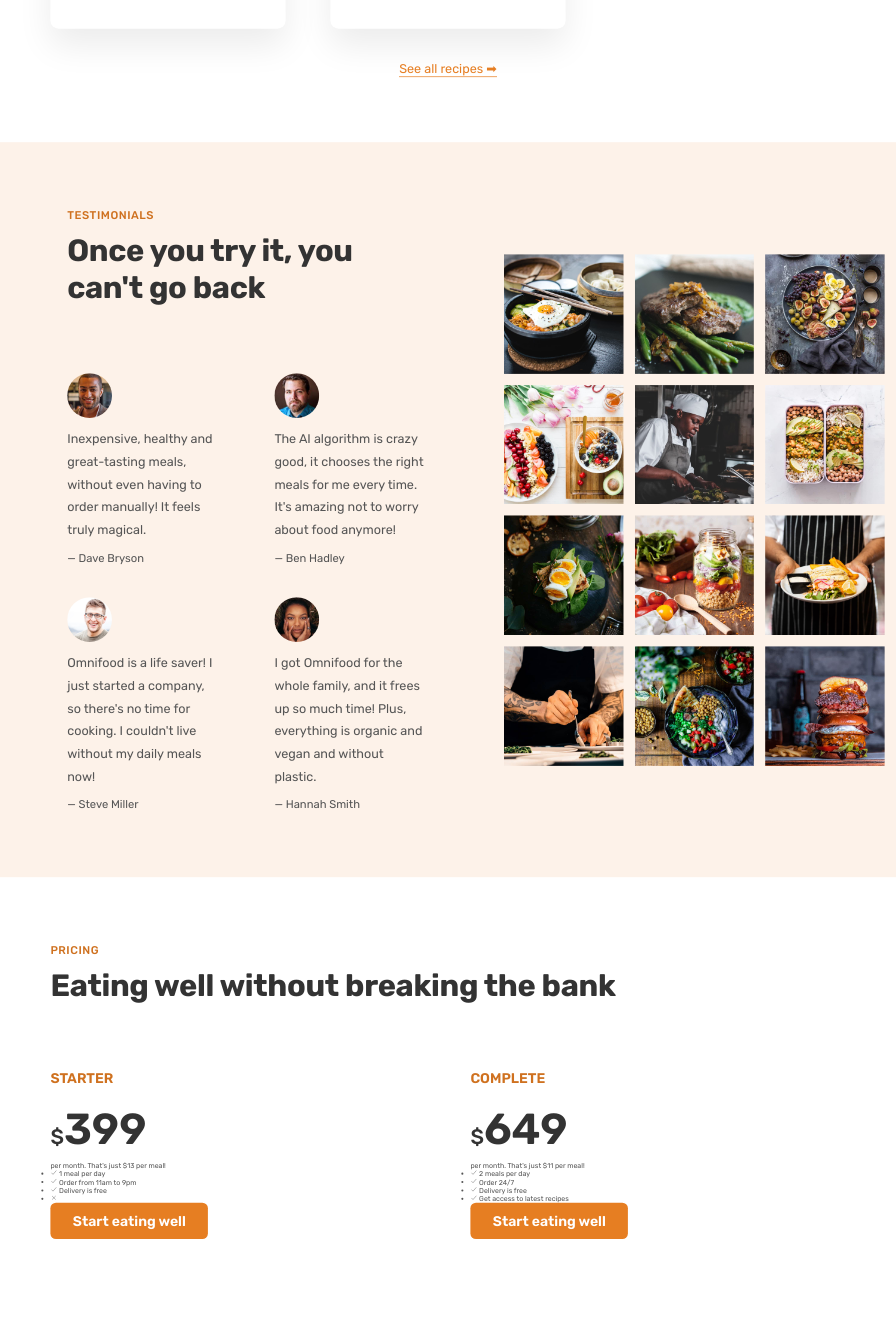
Repository: TranPhucThinh/Omnifood
Page: index.html
An editor plug-in stored every save of this project. The page is shown before and after the next save, followed by the edit.
The browser window is 1280 px wide. The pictures show the part of the page from y = 3393 to 5313 px (the page is 5307 px tall before and 5313 px after), at 70% of full size.

Above is the page before, as saved 2022-08-06 22:51:00.

After the next save:
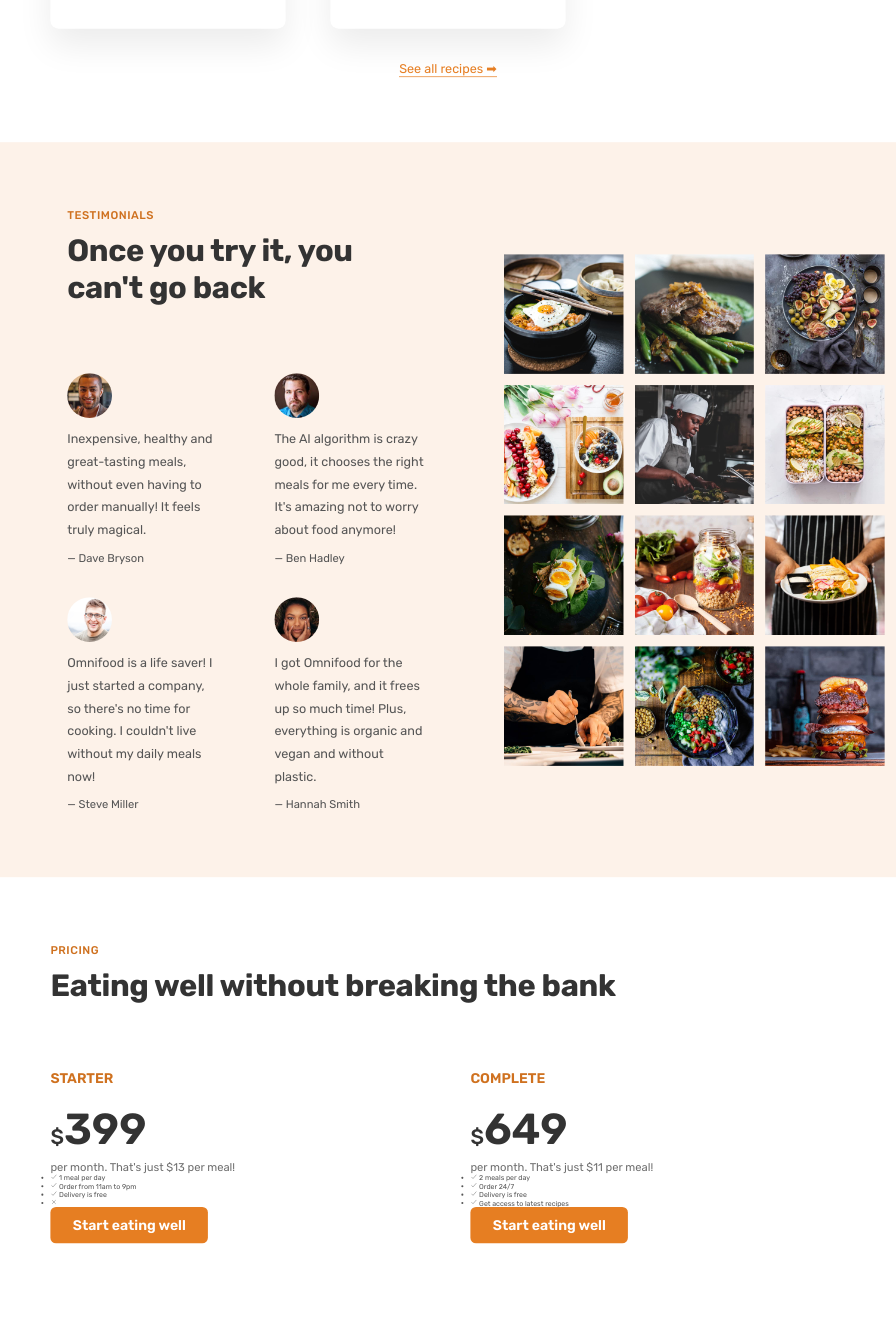
Saved 53 s later.
--- a/assets/styles/style.css
+++ b/assets/styles/style.css
@@ -380,4 +380,9 @@
   font-size: 3rem;
   font-weight: 500;
 }
+
+.plan-text {
+  font-size: 1.6rem;
+  color: #6f6f6f;
+}
 /* End of Section Pricing */
